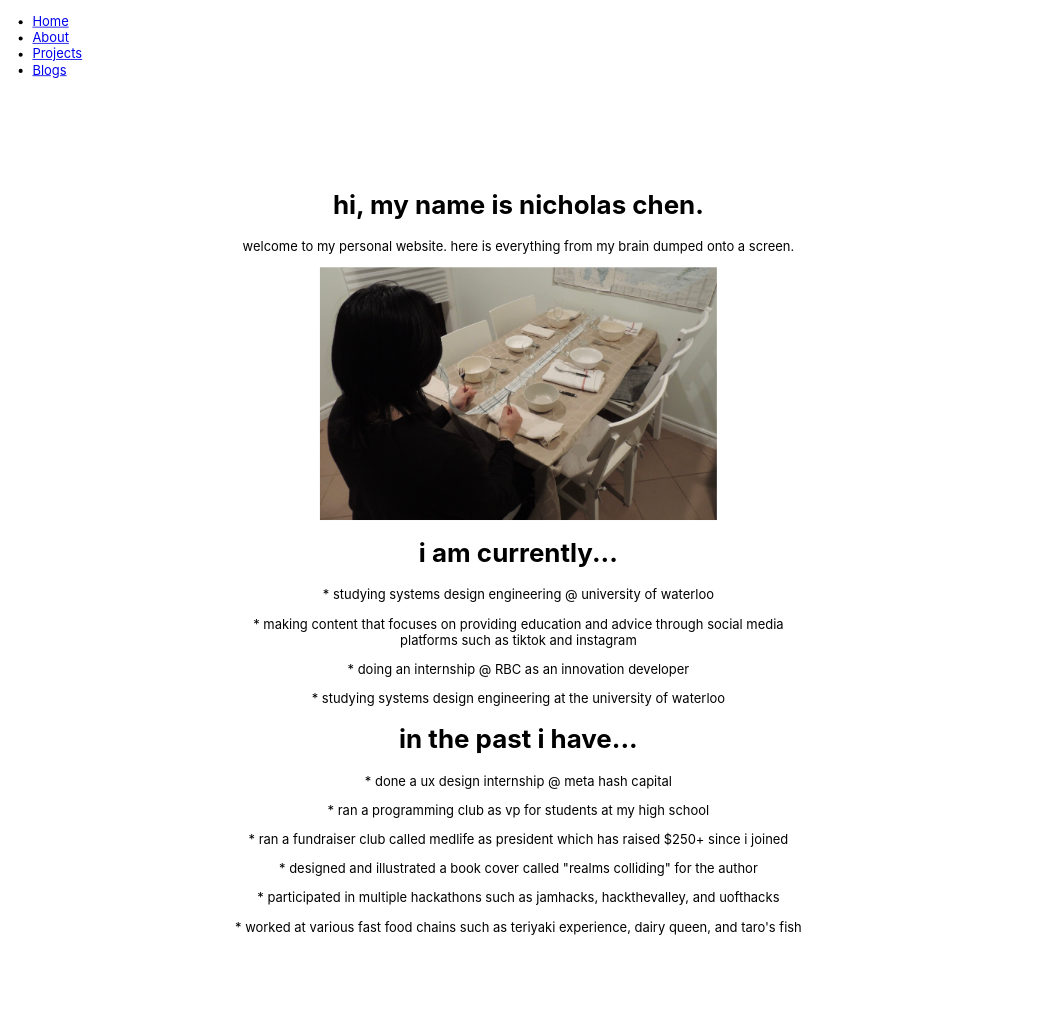
Repository: nicholaschen09/personalWebsite
Page: /
These files come from the project's save history. The page is drawn as it stood at one moment and after the next save; the edit follows.
The browser window is 1280 px wide. The pictures show the whole page, at 81% of full size.
The project was rebuilt for these pictures with package versions that can differ from the ones it lists, and the page was loaded fresh each time. Also part of the build but not shown: src/components/About.css, src/components/About.js, src/components/Projects.css, src/components/Projects.js, src/components/Blog.css, src/components/Blog.js, src/components/Miscellaneous.css, src/components/Miscellaneous.js and 4 more.

Above is the page before, as saved 2024-05-23 13:46:51.

After the next save:
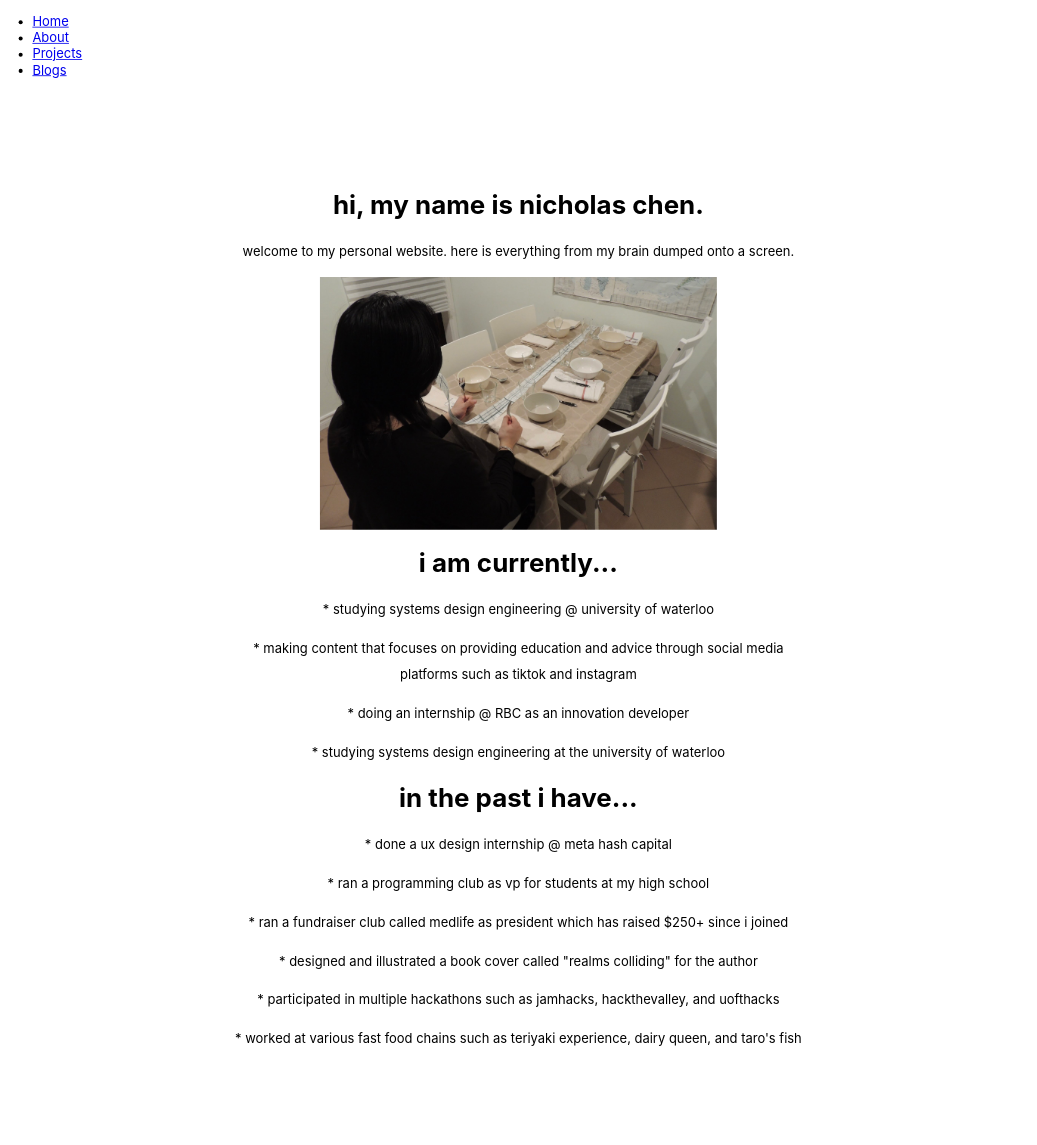
Saved 44 s later.
--- a/src/components/Home.css
+++ b/src/components/Home.css
@@ -13,3 +13,6 @@
     margin-right: auto;
     display: block;
 }
+p {
+    line-height: 2;
+}
